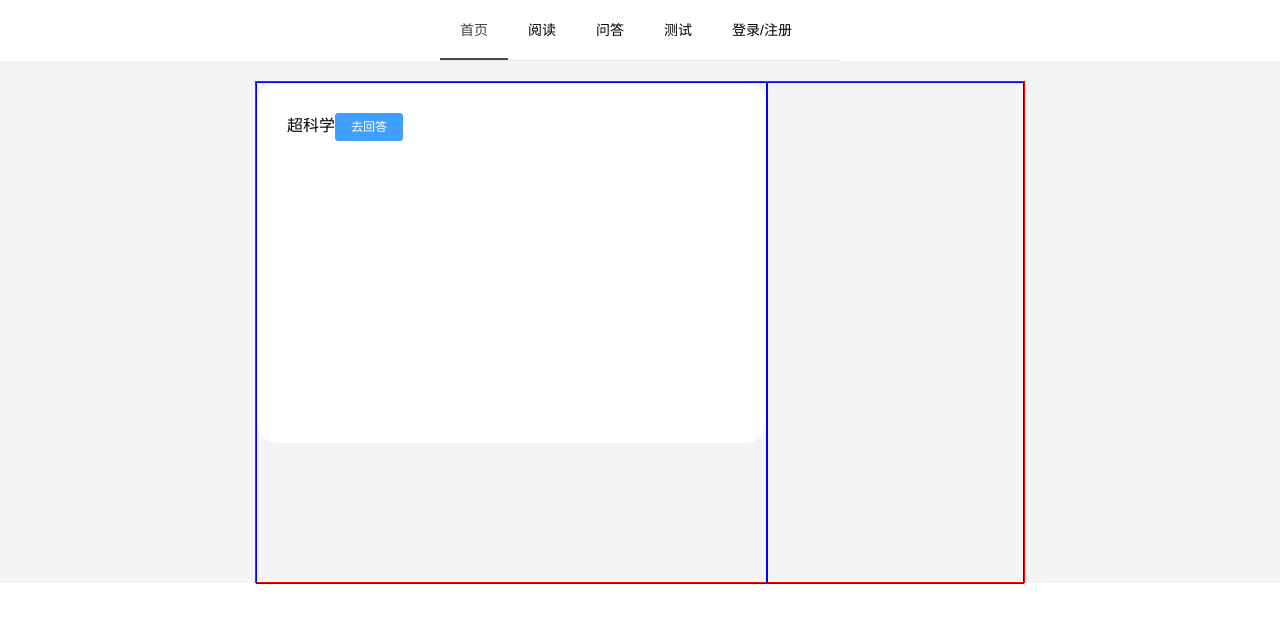
Repository: shengligo/xyx_vue_v1
Page: /qs
These files come from the project's save history. The page is drawn as it stood at one moment and after the next save; the edit follows.
The browser window is 1280 px wide. The pictures show the whole page.
The project was rebuilt for these pictures with package versions that can differ from the ones it lists, and the page was loaded fresh each time. Also part of the build but not shown: vue.config.js, src/views/home/childComps/Art.vue, src/views/author/authors.vue.

Above is the page before, as saved 2021-09-04 16:08:52.

After the next save:
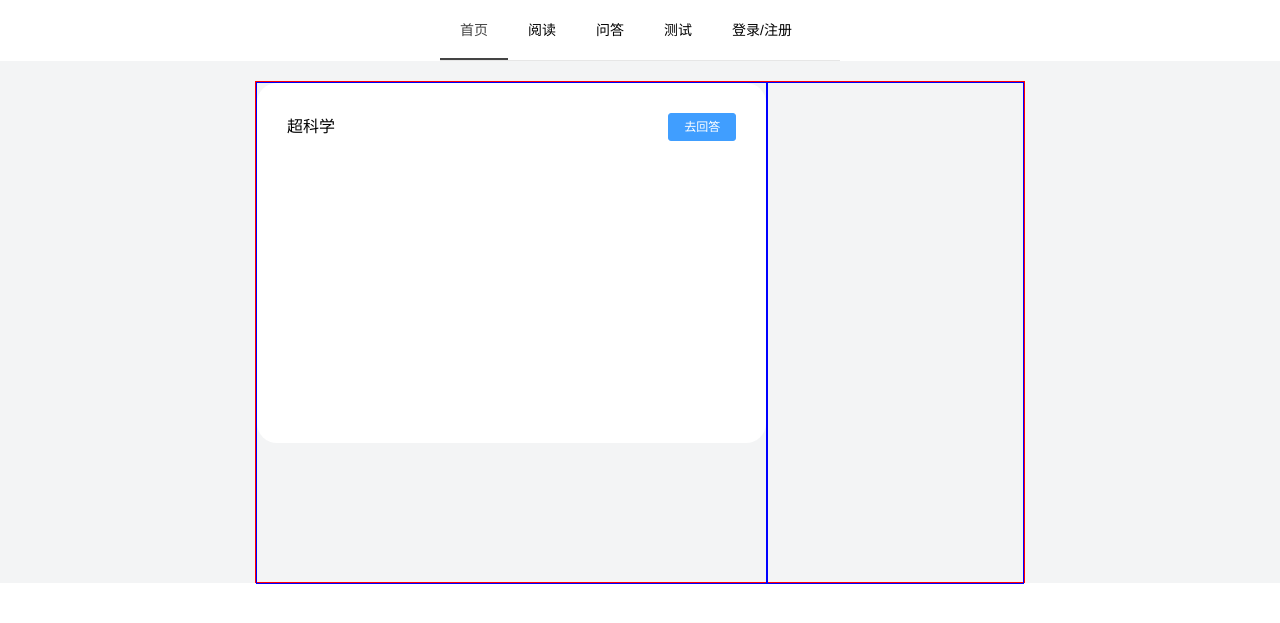
Saved 55 s later.
--- a/src/views/questions/Question.vue
+++ b/src/views/questions/Question.vue
@@ -74,4 +74,9 @@ export default {
   border-radius: 20px;
   background-color: #fff;
 }
+.answerer {
+  display: flex;
+  justify-content: space-between;
+  line-height: 28px;
+}
 </style>
